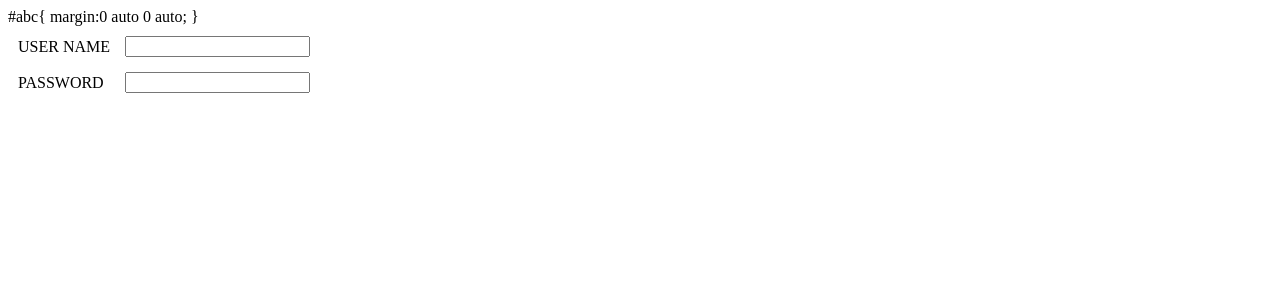
Repository: JanapatlaManojReddy/java
Page: http://localhost/Cookies/Cookies.jsp
The author's editor kept a copy of each file at every save. The page is drawn from the files as they stood at one save, then again after the next save.
The browser window is 1280 px wide. The pictures show the whole page.
The page is served by Tomcat 9.

Above is the page before, as saved 2023-08-14 07:10:57.

After the next save:
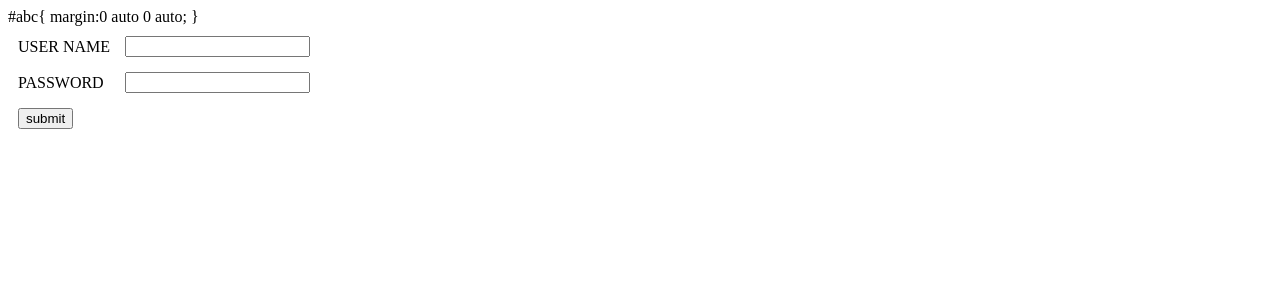
Saved 48 s later.
--- a/Cookies/src/main/webapp/Cookies.jsp
+++ b/Cookies/src/main/webapp/Cookies.jsp
@@ -21,6 +21,7 @@
 <tr>
 <td>PASSWORD </td> <td><input type="text" name="password"></td>
 </tr>
+<tr><td><input type ="submit" value = "submit"></td></tr>
 
 </table>
 </form>
